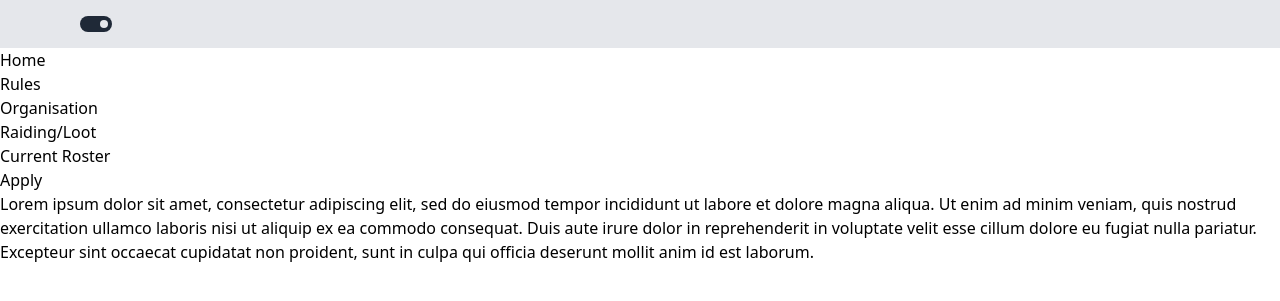
Repository: eaang/catguild_frontend
Page: /
The author's editor kept a copy of each file at every save. The page is drawn from the files as they stood at one save, then again after the next save.
The browser window is 1280 px wide. The pictures show the whole page.
The project was rebuilt for these pictures with package versions that can differ from the ones it lists, and the page was loaded fresh each time. The framework's server and built-in components were replaced by stand-ins that run in the browser. Also part of the build but not shown: nuxt.config.js, components/ContentBox.vue, components/ContentEditor.vue, components/ImageBox.vue, components/SidebarMain.vue, components/SidebarSub.vue, components/TheFoooter.vue, components/icons/ChevronDown.vue and 19 more. Imported but missing from the stored project, and not drawn on this page: apollo/queries/categories/category.

Above is the page before, as saved 2021-04-02 17:47:59.

After the next save:
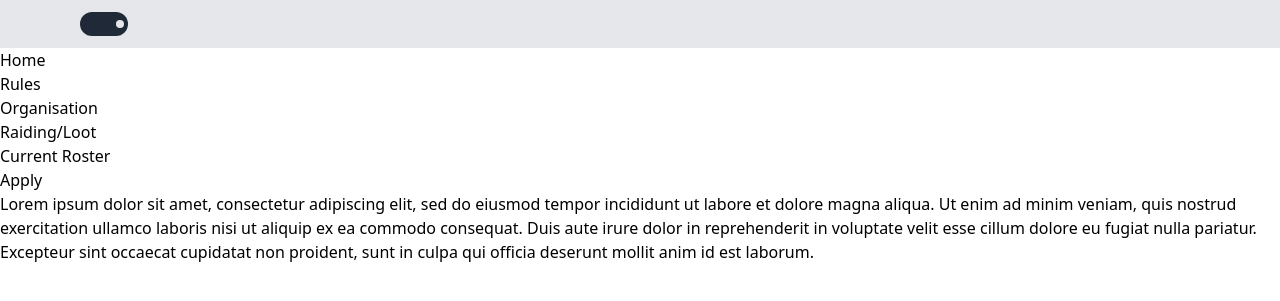
Saved 19 s later.
--- a/components/ToggleButton.vue
+++ b/components/ToggleButton.vue
@@ -1,11 +1,11 @@
 <template>
   <div @click="currentStatus = !currentStatus">
     <div
-      class="bg-gray-800 w-8 h-4 px-1 rounded-full grid justify-items-auto items-center"
+      class="bg-gray-800 w-12 h-6 px-1 rounded-full grid justify-items-auto items-center"
     >
       <div
         v-if="currentStatus"
-        class="bg-gray-200 w-2 h-2 rounded-full justify-self-start"
+        class="bg-gray-200 w-3 h-3 rounded-full justify-self-start"
       ></div>
       <div
         v-if="!currentStatus"
